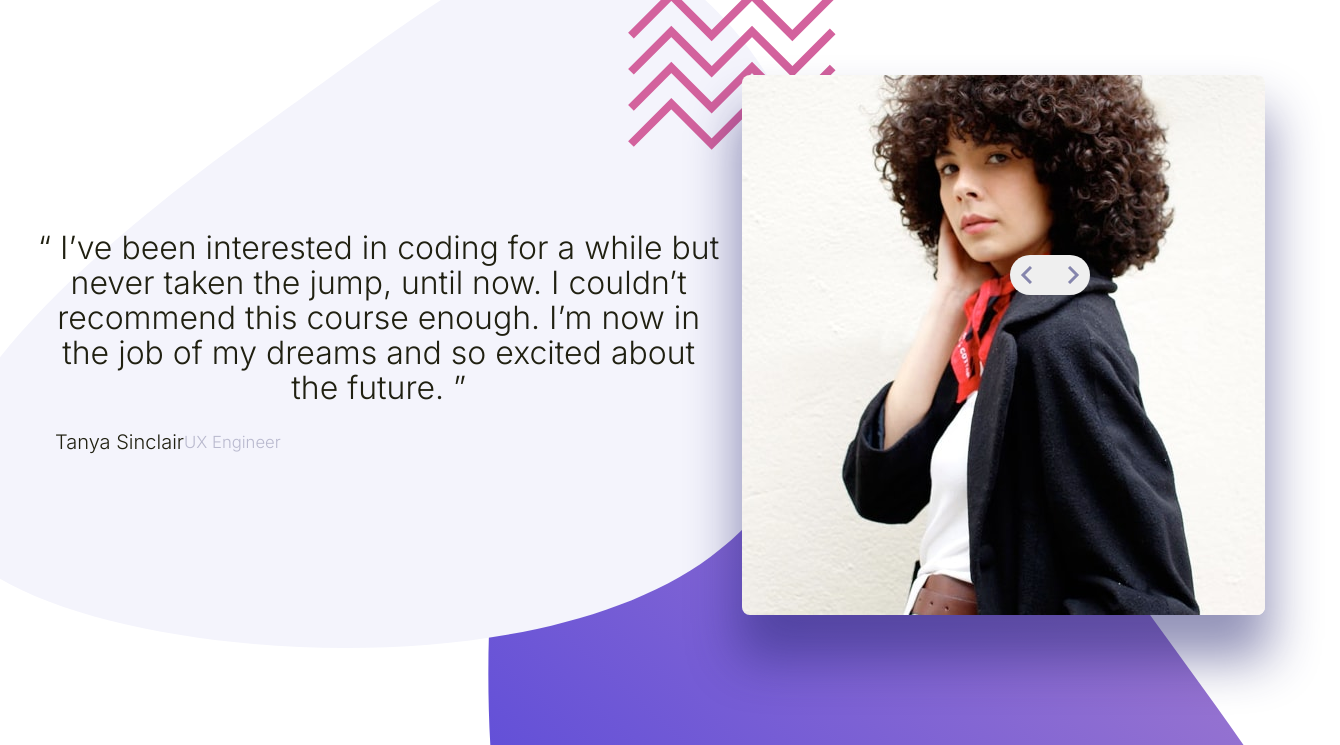
Repository: Hcmwebs/Coding-Bootcamp-Testimonials
Page: index.html
These files come from the project's save history. The page is drawn as it stood at one moment and after the next save; the edit follows.
The browser window is 1280 px wide. The page is 1340 px wide, so the pictures cover 1340 px, including what lies to the right of the window. The pictures show the whole page.
The style sheet was rebuilt from its Sass, Less or Tailwind sources for each picture, by a compiler version that may differ from the author's.

Above is the page before, as saved 2020-10-31 08:14:26.

### index.html
<!DOCTYPE html>
<html lang="en">
  <head>
    <meta charset="UTF-8" />
    <meta name="viewport" content="width=device-width, initial-scale=1.0" />
    <!-- displays site properly based on user's device -->

    <link
      rel="icon"
      type="image/png"
      sizes="32x32"
      href="./images/favicon-32x32.png"
    />
    <link rel="stylesheet" href="css/main.css" />
    <title>Frontend Mentor | Coding Bootcamp Testimonials Slider</title>

    <style></style>
  </head>
  <body>
    <div class="container">
      <div class="card" id="cardOne">
        <div class="card__header">
          <img
            src="images/image-tanya.jpg"
            alt="Profile Tanya"
            id="profileTanya"
            class="card__header--profileImg"
          />
        </div>

        <button id="btnPrimary">
          <img src="images/icon-prev.svg" alt="icon-prev" />
          <img src="images/icon-next.svg" alt="icon-next" />
        </button>

        <div class="card__body">
          <h2>
            “ I’ve been interested in coding for a while but never taken the
            jump, until now. I couldn’t recommend this course enough. I’m now in
            the job of my dreams and so excited about the future. ”
          </h2>
          <div class="card__body--captionTxt">
            <p>Tanya Sinclair</p>
            <small>UX Engineer </small>
          </div>
        </div>
      </div>

      <!-- <div class="card cardTwo" id="cardTwo">
        <div class="card__header">
          <img
            src="images/image-john.jpg"
            alt="Profile John"
            id="profileJohn"
            class="card__header--profileImg"
          />
        </div>

        <button id="btnSecondary">
          <img src="images/icon-prev.svg" alt="icon-prev" />
          <img src="images/icon-next.svg" alt="icon-next" />
        </button>

        <div class="card__body">
          <h2>
            “ If you want to lay the best foundation possible I’d recommend
            taking this course. The depth the instructors go into is incredible.
            I now feel soconfident about starting up as a professional
            developer. ”
          </h2>
          <div class="card__body--captionTxt">
            <p>John Tarkpor</p>
            <small>Junior Front-end Developer</small>
          </div>
        </div>
      </div> -->
    </div>

    <div class="attribution">
      Challenge by
      <a href="https://www.frontendmentor.io?ref=challenge" target="_blank"
        >Frontend Mentor</a
      >. Coded by
      <a href="https://github.com/Hcmwebs" target="_blank">hcmwebs</a>.
    </div>
    <script src="main.js"></script>
  </body>
</html>

### main.js
const card = document.querySelectorAll('.card');
// const cardTwo = document.getElementById('cardTwo');
const container = document.querySelector('.container')
let active = false;
const btn= document.querySelectorAll('button');


for(let i = 0; i < card.length; i++ ){
btn[i].addEventListener('click', activate);
// btnSecondary.addEventListener('click', activate);
  function activate(){

    if(!active){
      card[i].classList.add('active');
      active = true;
    }
    else{
      card[i].classList.remove('active');
      active = false;
    }
  }
}

### scss/main.scss
@import url('https://fonts.googleapis.com/css2?family=Inter:wght@300;400&display=swap');

$font-stack:'Inter',
sans-serif;
$primaryColor : rgba(32, 32, 17, 1.0);
$secondaryColor : rgba(185, 185, 206, 1.0);
$boxShadowColor:rgba(36, 36, 113, 0.49);




@mixin gridCenter{
  display: grid;
  place-items: center;
}

@mixin flexCenter {
  display: flex;
  justify-content: center;
  align-items: center;

}

@mixin flexSpaceBetween {
  @include flexCenter;
  justify-content: space-between;
}


*{
  margin: 0;
  padding: 0;
  box-sizing: border-box;

}
body{
  font-family: $font-stack;
  font-size: 10px;
  font-weight: 300;
  height: 100vh;
  width: 100%;
  line-height: 30px;
  @include flexCenter;
  flex-direction: column;
}

.container{
  width: 100%;
  max-width: 375px;
  height: 100vh;
  @include flexCenter;
  grid-template-columns: 1fr;
  background-color: #fff;
  position: relative;
}
  .card{
  width: 375px;
  height: 667px;
  padding: 30px;
  @include flexSpaceBetween;
  flex-direction: column;
  background-image: url(/images/pattern-bg.svg);
  background-position: top center;
  background-size:contain;
  background-repeat: no-repeat;
  box-shadow: 0 40px 50px 5px $boxShadowColor;
  position: absolute;
  transition: all 0.85s ease-in-out;

  &__header{
    width: 315px;
    height: 300px;


    &--profileImg{
      width: 100%;
      height: 100%;
      object-fit: cover;
      border-radius: 0.5rem;
      box-shadow: 0 40px 50px 5px $boxShadowColor;
    }

  }

  button {
    width: 80px;
    height: 40px;
    padding: 10px;
    border-radius: 28px;
    border: none;
    @include flexSpaceBetween;
    position:absolute;
    top:310px
  }



  &__body{
    width: 100%;
    margin:50px 0;
    @include flexCenter;
    flex-direction: column;
    line-height: 35px;


    h2{
      font-size: 18px;
      font-weight: 300;
      text-align: center;
      color:$primaryColor;
    }

    &--captionTxt{
      text-align: left;
      font-size: 15px;
      font-weight: 300;
      @include flexSpaceBetween;
      flex-direction: column;


      p{
        color: $primaryColor;

      }

      small{
        color: $secondaryColor;

      }

    }

  }
}

// .card-two{
//   transform: translateX(2000px);
// }
// .card.active .cardTwo{
//   transform: translateX(0);
// }



.attribution {
  font-size: 11px;
  text-align: center;
}

.attribution a {
  color: hsl(228, 45%, 44%);
}

@media(min-width:768px){
  .container{
    max-width: 1440px;

  }
  .card{
    width: 1400px;
    height: 800px;
    padding: 75px;
    flex-direction: row-reverse;
    background-size: cover;

    &__header{
      width: 540px;
      height: 540px;
    }

    &__body{
      width: 60%;
      padding: 20px;


      h2{
        font-size: 32px;
      }

      &--captionTxt{
      flex-direction: row;
      font-size: 20px;
      margin-top: 20px;
      margin-left: 20px;
      align-self: flex-start;
      }

    }

  }


  button{
    right:250px
  }

}

After the next save:
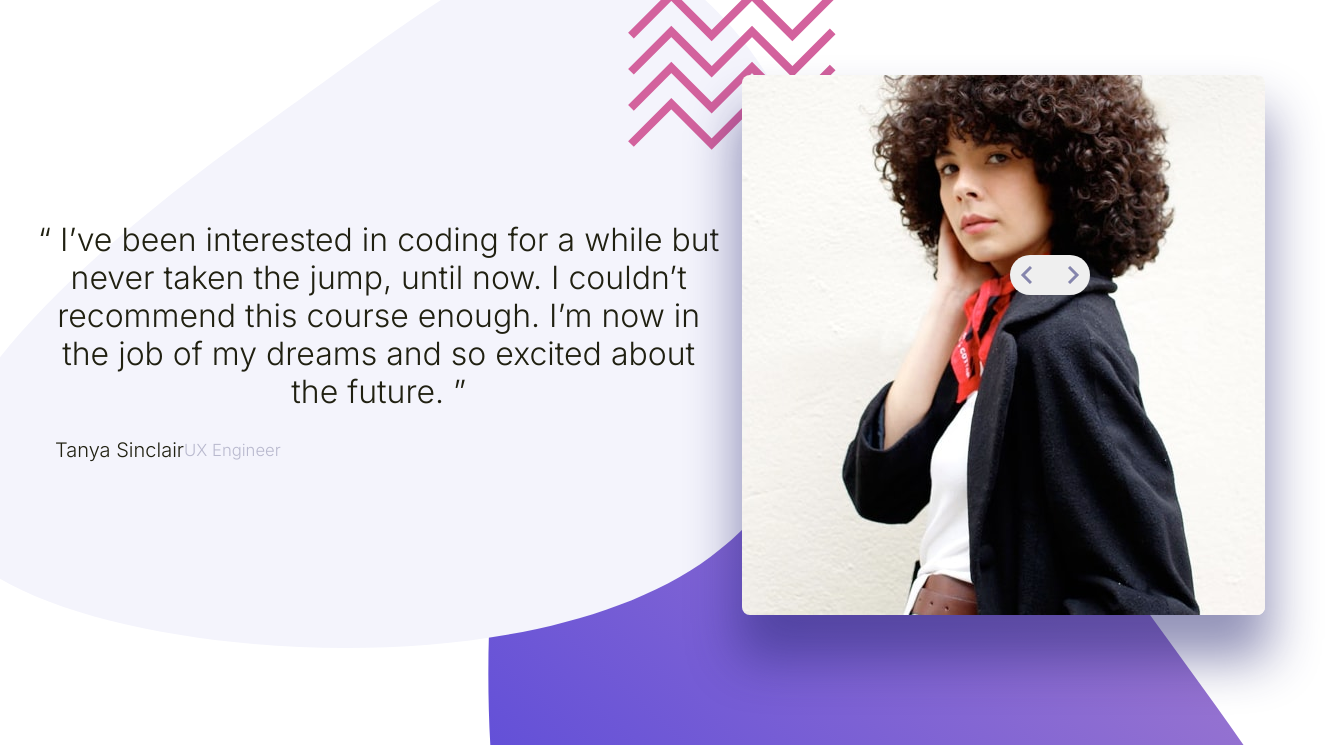
Saved 11 s later.
--- a/scss/main.scss
+++ b/scss/main.scss
@@ -100,7 +100,7 @@ body{
     margin:50px 0;
     @include flexCenter;
     flex-direction: column;
-    line-height: 35px;
+    line-height: 38px;
 
 
     h2{
